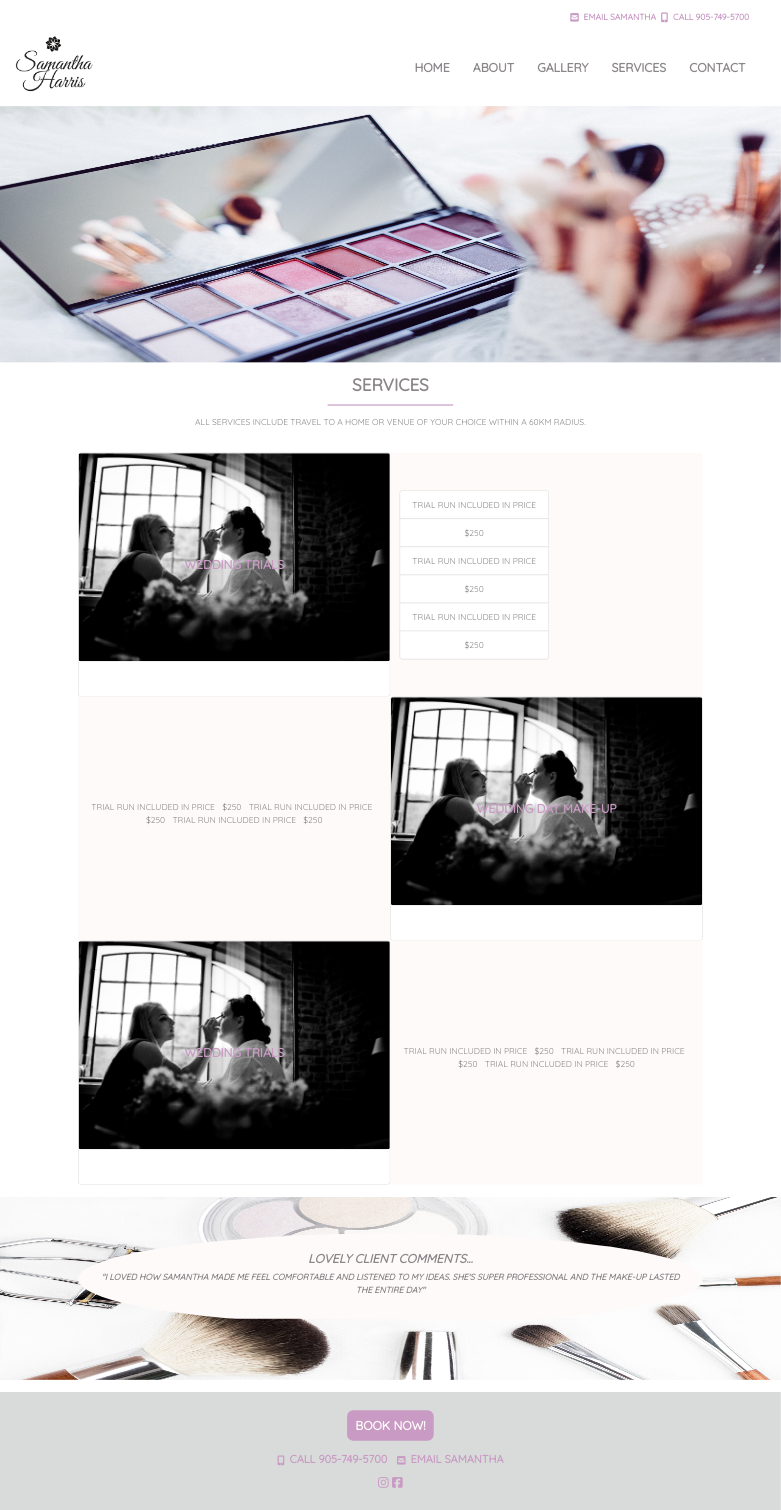
Repository: JayneyNix/milestone-1-UCFD
Page: services.html
The author's editor kept a record of every edit. The page is drawn from the files as they stood at one moment, then again after the next edit.
The browser window is 1280 px wide. The pictures show the whole page, at 61% of full size.
Some web libraries are served in a nearby version.

Above is the page before.

After the next edit:
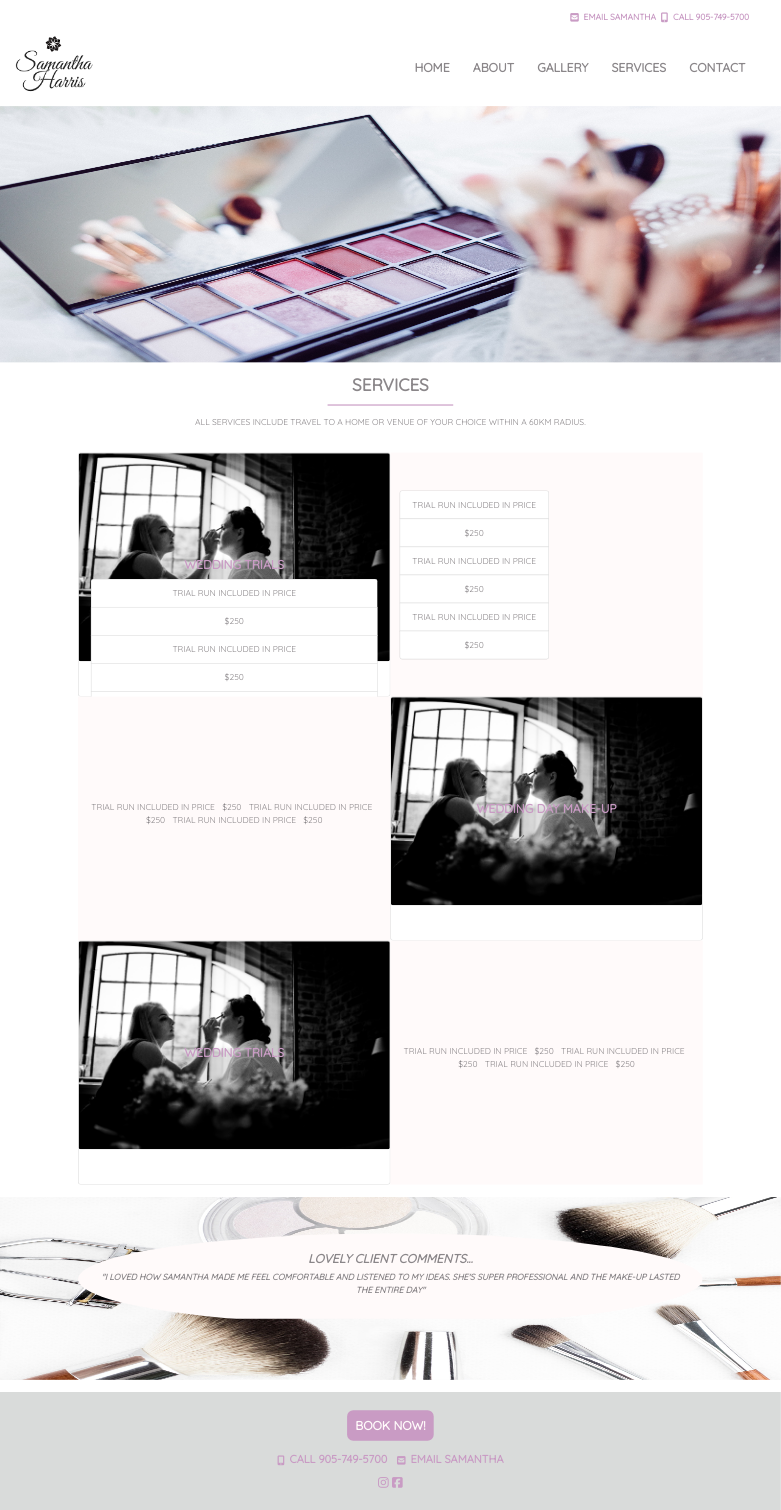
The edit:
--- a/services.html
+++ b/services.html
@@ -103,6 +103,13 @@
                 <img class="card-img img-fluid" src="Assets/make-up-artist-and-bride-facing-eachother.jpg">
                 <div class="card-img-overlay">
                     <h2 class="card-title h2 headings">Wedding Trials</h2>
+                    <ul class="list-group p headings">
+                    <li class="list-group-item">Trial Run included in price</li>
+                    <li class="list-group-item">$250</li>
+                    <li class="list-group-item">Trial Run included in price</li>
+                    <li class="list-group-item">$250</li>
+                    <li class="list-group-item">Trial Run included in price</li>
+                    <li class="list-group-item">$250</li>
                 </div>
             </div>
 
